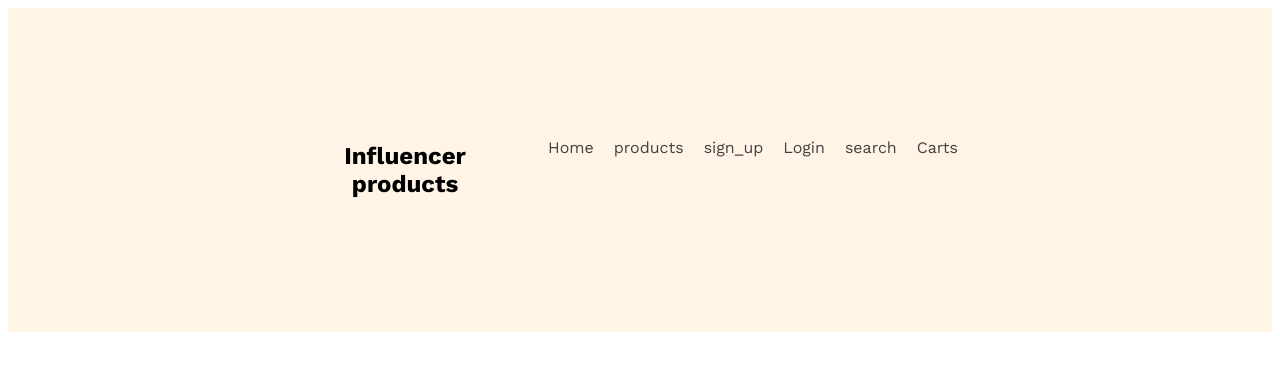
Repository: RudrasahaDibos/Camera-gear
Page: index.html
These files come from the project's save history. The page is drawn as it stood at one moment and after a run of saves; the edit follows.
The browser window is 1280 px wide. The pictures show the whole page.

Above is the page before, as saved 2024-10-08 14:12:44.

After the next 2 saves:
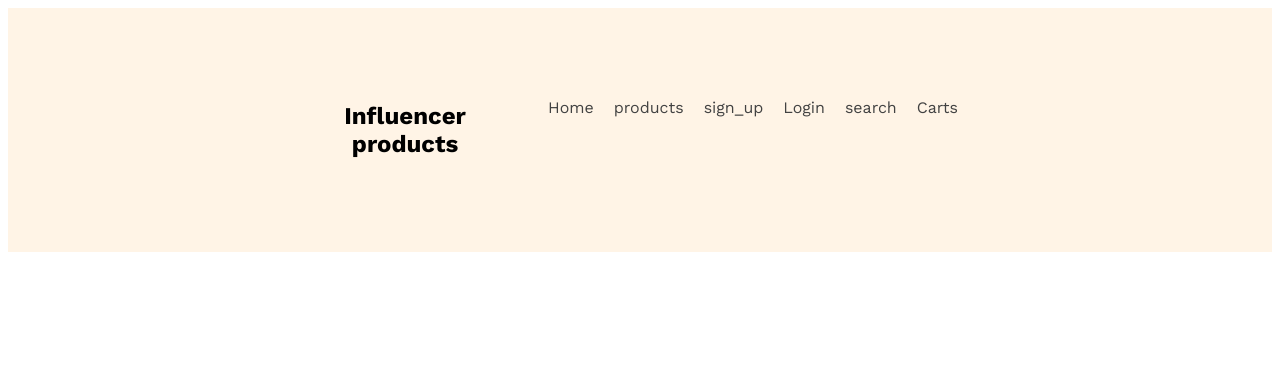
The 2 saves are shown as one change because they came seconds apart.
The last was saved 18 s later.
--- a/style.css
+++ b/style.css
@@ -14,7 +14,7 @@
 /* header */
 .header-container{
     background-color: rgba(255,144,14,0.10);
-    padding: 50px 240px;
+    padding: 10px 240px;
 }
 .Influencer-header{
     display: flex;

After the save that followed:
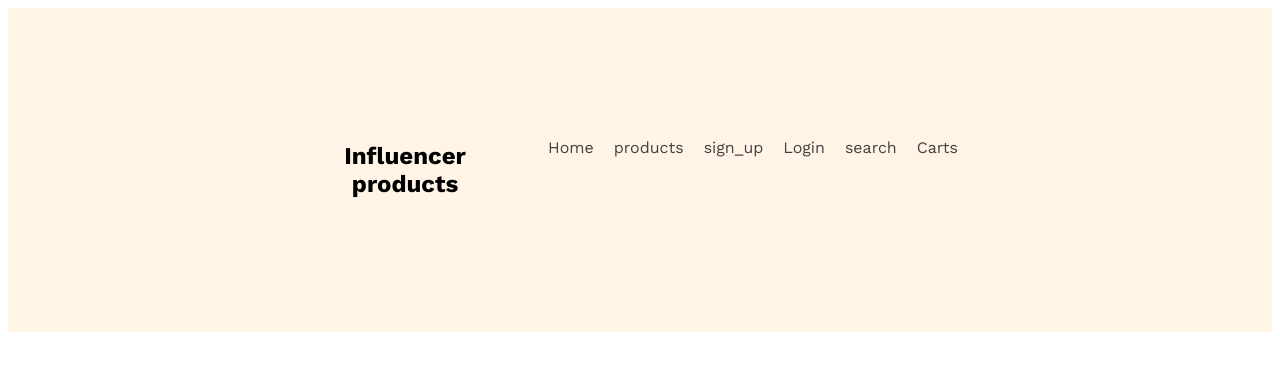
Saved 16 s later.
--- a/style.css
+++ b/style.css
@@ -14,7 +14,7 @@
 /* header */
 .header-container{
     background-color: rgba(255,144,14,0.10);
-    padding: 10px 240px;
+    padding: 50px 240px;
 }
 .Influencer-header{
     display: flex;
